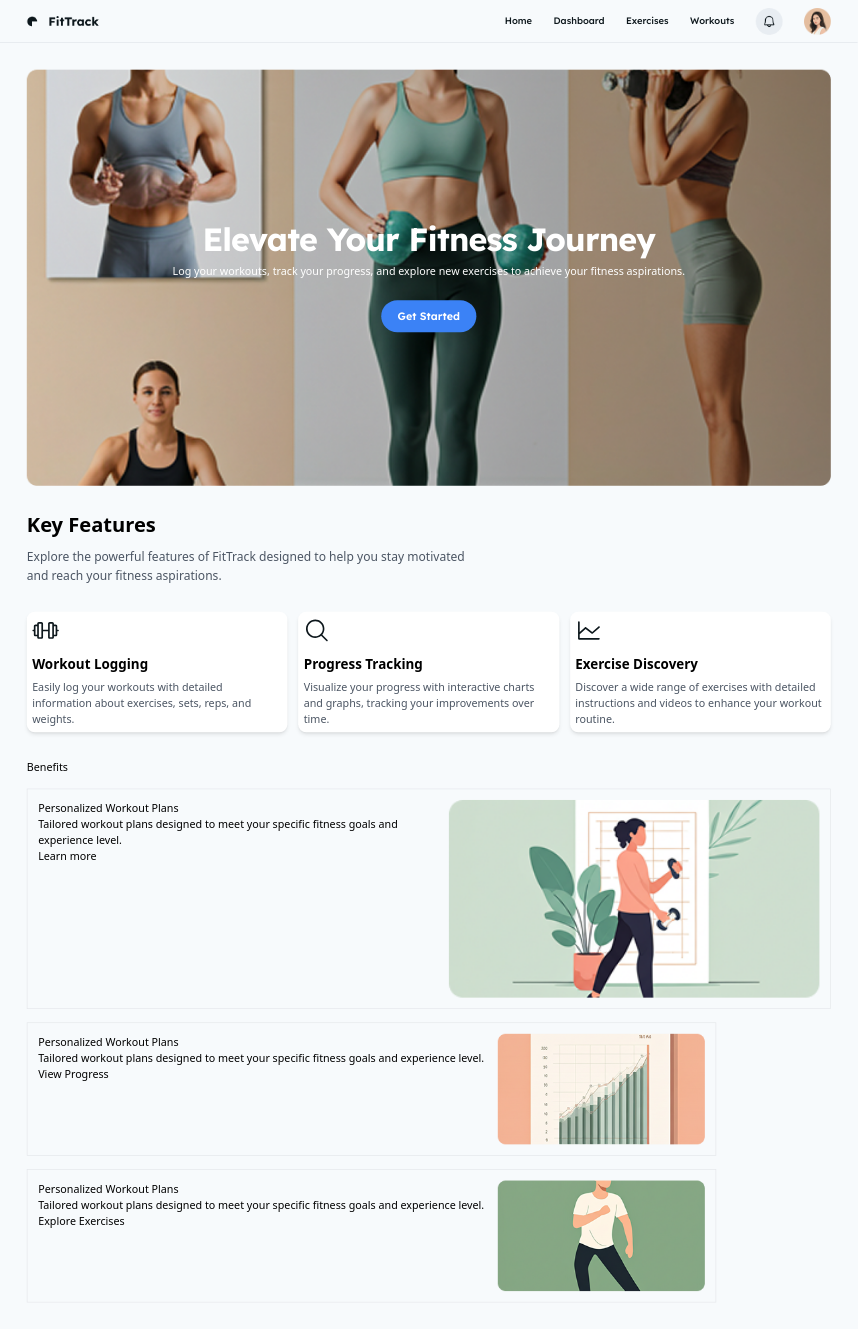
Repository: Emy-gold/fitness-tracking-platform
Page: /
An editor plug-in stored every save of this project. The page is shown before and after the next save, followed by the edit.
The browser window is 1280 px wide. The pictures show the whole page, at 67% of full size.
The project was rebuilt for these pictures with package versions that can differ from the ones it lists, and the page was loaded fresh each time. Also part of the build but not shown: vite.config.js, src/Pages/Dashboard.jsx, src/Pages/Exercises.jsx, src/Pages/Workouts.jsx, src/components/Footer.jsx.

Above is the page before, as saved 2025-08-27 15:20:11.

### index.html
<!doctype html>
<html lang="en">

<head>
  <meta charset="UTF-8" />
  <link rel="icon" type="image/svg+xml" href="/vite.svg" />
  <meta name="viewport" content="width=device-width, initial-scale=1.0" />
  <link href="https://fonts.googleapis.com/css2?family=Lexend:wght@300;400;500;600;700&display=swap" rel="stylesheet">
  <title>Vite + React</title>
</head>

<body>
  <div id="root"></div>
  <script type="module" src="/src/main.jsx"></script>
</body>

</html>

### src/index.css
@tailwind base;
@tailwind components;
@tailwind utilities;

body{
    padding: 0;
    margin: 0;
    background-color: #F7FAFC;
}

### src/App.jsx
import './App.css';
import { BrowserRouter as Router, Routes, Route } from 'react-router-dom';
import Home from './Pages/Home';
import Dashboard from './Pages/Dashboard.jsx';
import Exercises from './Pages/Exercises.jsx';
import Workouts from './Pages/Workouts.jsx';
import Header from './components/Header.jsx';
import Footer from './components/Footer';


function App() {

  return (
    <>

      <Router>
        <Header />
        <Routes>
          <Route path="/" element={<Home />} />
          <Route path="/dashboard" element={<Dashboard />} />
          <Route path="/exercises" element={<Exercises />} />
          <Route path="/workouts" element={<Workouts />} />
        </Routes>
      </Router>
    </>
  )
}

export default App

### src/App.css
#root {
    margin: 0 auto;
    padding: 0;
    text-align: center;

}

.logo {
    height: 6em;
    padding: 1.5em;
    will-change: filter;
    transition: filter 300ms;
}
.logo:hover {
    filter: drop-shadow(0 0 2em #646cffaa);
}
.logo.react:hover {
    filter: drop-shadow(0 0 2em #61dafbaa);
}

@keyframes logo-spin {
    from {
    transform: rotate(0deg);
    }
    to {
    transform: rotate(360deg);
    }
}

@media (prefers-reduced-motion: no-preference) {
    a:nth-of-type(2) .logo {
    animation: logo-spin infinite 20s linear;
    }
}

.card {
    padding: 2em;
}

.read-the-docs {
    color: #888;
}

### src/Pages/Home.jsx
import React from 'react';
import Header from '../components/Header';
import { useState, useEffect } from 'react';
import cardsData from "../cardsData.json";
import homepic from "../assets/home.png";
import img1 from "../assets/img1.png";
import img2 from "../assets/img2.png";
import img3 from "../assets/img3.png";

function Home() {

    const [cards, setCards] = useState([]);

    useEffect(() => {
        setCards(cardsData)
    })

    return (
        <>
            <main className='flex flex-col justify-center items-center mx-auto'>

                <section className='my-10 relative flex justify-center'>
                    <img src={homepic} className="mb:w-[980px] lg:w-[1200px]" />
                    <div className="absolute inset-0 flex flex-col justify-center text-center text-white">
                        <h1 className='text-5xl font-lexend font-bold mb-3 tracking-tight '>Elevate Your Fitness Journey</h1>
                        <p className=''>Log your workouts, track your progress, and explore new exercises to achieve your fitness aspirations.</p>
                        <button type="submit" className='mt-8 mx-auto bg-blue-500 py-[12px] px-6 font-lexend font-semibold rounded-3xl hover:bg-blue-600 transition duration-300'>Get Started</button>
                    </div>
                </section >

                <section className='flex flex-col items-start mb-10 mb:w-[980px] lg:w-[1200px]'>
                    <div className='flex flex-col items-start text-left'>
                        <h2 className='text-3xl font-bold mb-4'>Key Features</h2>
                        <p className='text-lg text-gray-600 max-w-2xl'>Explore the powerful features of FitTrack designed to help you stay motivated and reach your fitness aspirations.</p>
                    </div>
                    <div className='flex flex-row gap-4 mt-10 text-left mb:w-[980px] lg:w-[1200px]'> {/* Removed justify-center */}
                        {cards.map(card => (
                            <div key={card.id} className='md:w-[312px] lg:w-[400px] bg-white rounded-xl shadow-md p-2 hover:scale-105 duration-300'>
                                <img src={card.image} className='mb-4 h-10 w-10 object-contain' />
                                <h3 className='text-xl font-semibold mb-2'>{card.title}</h3>
                                <p className='text-gray-600'>{card.summary}</p>
                            </div>
                        ))}
                    </div>
                </section>
                <section className='flex flex-col items-start mb-10 gap-5 justify-center mx-72 max-w-full'>
                    <h2>Benefits</h2>
                    <div className='flex flex-wrap gap-5 lg:w-[1200px]'>
                        <div className='flex justify-between p-4 border lg:w-[1200px]'>
                            <div className='flex flex-col items-start text-left'>
                                <h3>Personalized Workout Plans</h3>
                                <p>Tailored workout plans designed to meet your specific fitness goals and experience level.</p>
                                <button>Learn more</button>
                            </div>
                            <img src={img1} className='w-[600px]' />
                        </div>
                        <div className='flex justify-center p-4 border'>
                            <div className='flex flex-col items-start text-left mr-5'>
                                <h2>Personalized Workout Plans</h2>
                                <p>Tailored workout plans designed to meet your specific fitness goals and experience level.</p>
                                <button>View Progress</button>
                            </div>
                            <img src={img2} />
                        </div>
                        <div className='flex justify-center p-4 border'>
                            <div className='flex flex-col items-start text-left mr-5'>
                                <h2>Personalized Workout Plans</h2>
                                <p>Tailored workout plans designed to meet your specific fitness goals and experience level.</p>
                                <button>Explore Exercises</button>
                            </div>
                            <img src={img3} />
                        </div>
                    </div>
                </section>
            </main >
        </>

    )
}

export default Home

### src/components/Header.jsx
import React from 'react';
import { Link } from 'react-router-dom';
import logo from "../assets/logo.png";
import icon from "../assets/notifeicon.png";
import profilePic from "../assets/profilepic.png";

function Header() {
    return (
        <>
            <header className='bg-primary border-b border-gray-300/50 sticky w-full h-16 top-0 z-50 px-10'>
                <div className="flex relative justify-between items-center h-full">
                    <Link to="/" className='flex items-center'>
                        <img
                            src={logo}
                            alt="logo"
                            className='hover:opacity-20 transition-opacity duration-300'
                        />
                    </Link>

                    <nav className='flex gap-8 items-center ml-auto'>
                        <Link to="/" className='font-lexend font-medium text-sm text-textColor hover:scale-105 leading-[21px]'>Home</Link>
                        <Link to="/dashboard" className='font-lexend font-medium text-sm text-textColor hover:scale-105 leading-[21px]'>Dashboard</Link>
                        <Link to="/exercises" className='font-lexend font-medium text-sm text-textColor hover:scale-105 leading-[21px]'>Exercises</Link>
                        <Link to="/workouts" className='font-lexend font-medium text-sm text-textColor hover:scale-105 leading-[21px]'>Workouts</Link>
                        <img src={icon} className='hover:scale-105 duration-200' />
                        <img src={profilePic} className='h-10 w-10 hover:scale-105 duration-200' />
                    </nav>

                    <div></div>
                </div>
            </header>
        </>
    )
}

export default Header;

### src/cardsData.json
[
    {
        "id": 1,
        "title": "Workout Logging",
        "summary": "Easily log your workouts with detailed information about exercises, sets, reps, and weights.",
        "image": "src/assets/icon1.svg"
    },
    {
        "id": 2,
        "title": "Progress Tracking",
        "summary": "Visualize your progress with interactive charts and graphs, tracking your improvements over time.",
        "image": "src/assets/icon2.svg"
    },
    {
        "id": 3,
        "title": "Exercise Discovery",
        "summary": "Discover a wide range of exercises with detailed instructions and videos to enhance your workout routine.",
        "image": "src/assets/icon3.svg"
    }
]

### tailwind.config.js

/** @type {import('tailwindcss').Config} */
export default {
  content: [
    "./index.html",
    "./src/**/*.{js,ts,jsx,tsx}",
  ],
  theme: {
    extend: {
      fontFamily: {
        lexend: ['Lexend', 'sans-serif'],
      },
      colors: {
        primary: "#F7FAFC",
        textColor: "#0D171C",
      }
    },
  },
  plugins: [],
}

Loaded but not shown: src/main.jsx (common file)

After the next save:
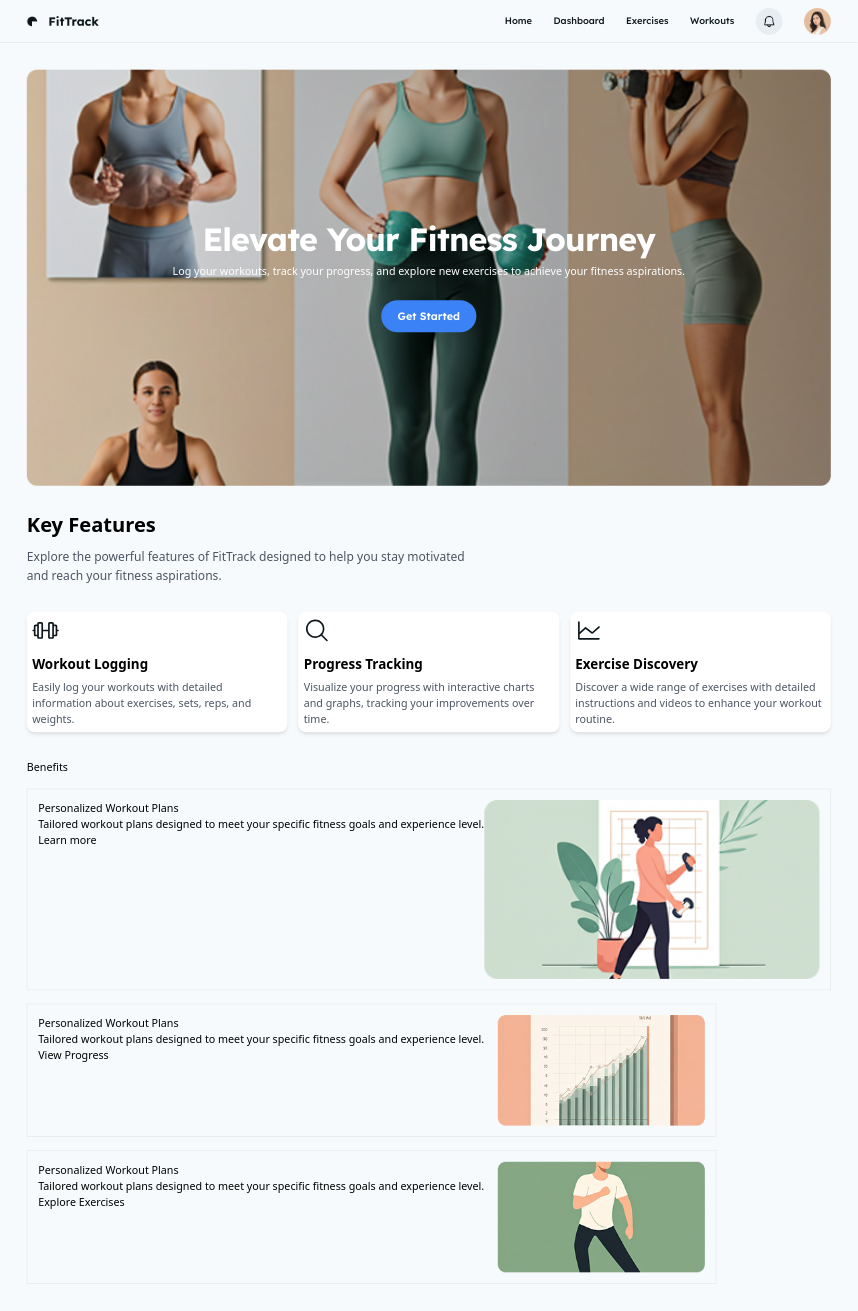
Saved 5 s later.
--- a/src/Pages/Home.jsx
+++ b/src/Pages/Home.jsx
@@ -52,7 +52,7 @@ function Home() {
                                 <p>Tailored workout plans designed to meet your specific fitness goals and experience level.</p>
                                 <button>Learn more</button>
                             </div>
-                            <img src={img1} className='w-[600px]' />
+                            <img src={img1} className='w-[500px]' />
                         </div>
                         <div className='flex justify-center p-4 border'>
                             <div className='flex flex-col items-start text-left mr-5'>
